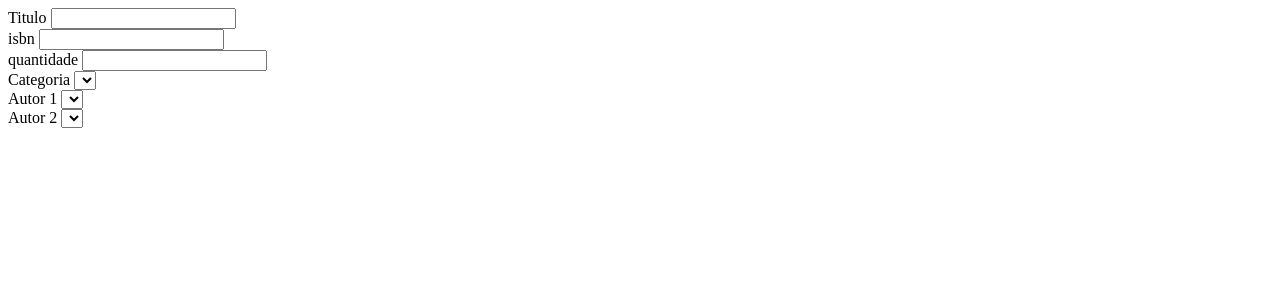
Repository: the-felipe/interfaceApiLivraria
Page: adicionar.html
An editor plug-in stored every save of this project. The page is shown before and after the next save, followed by the edit.
The browser window is 1280 px wide. The pictures show the whole page.

Above is the page before, as saved 2023-07-20 21:40:47.
Console error: TypeError: Cannot read properties of null (reading 'access')

After the next save:
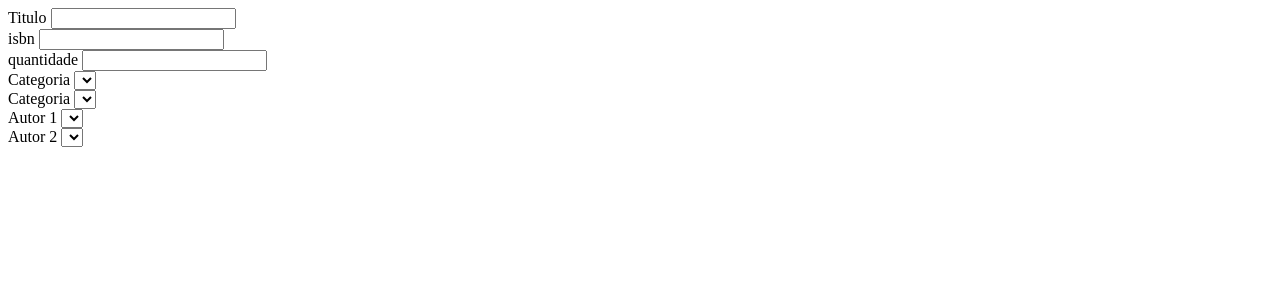
Saved 7 s later.
--- a/adicionar.html
+++ b/adicionar.html
@@ -18,6 +18,9 @@
         <br>
         <label for="quantidade">quantidade</label>
         <input type="text" name="quantidade" id="quantidade">
+        <br>
+        <label for="categoria">Categoria</label>
+        <select name="categoria" id="categoria"></select>
         <br>
         <label for="categoria">Categoria</label>
         <select name="categoria" id="categoria"></select>
